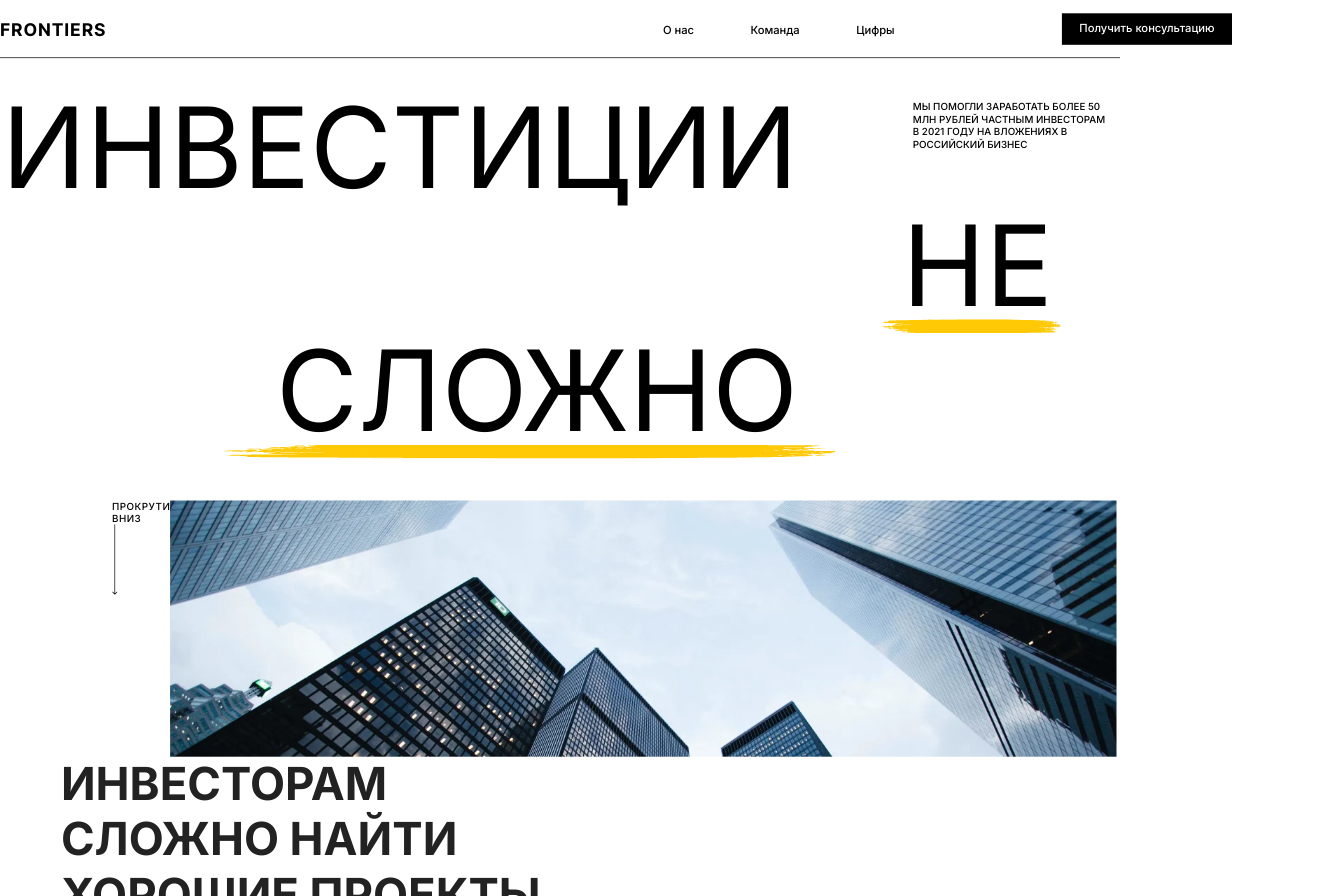
Repository: NadyaKorvin/frontiers
Page: /
An editor plug-in stored every save of this project. The page is shown before and after the next save, followed by the edit.
The browser window is 1280 px wide. The page is 1920 px wide, so the pictures cover 1920 px, including what lies to the right of the window. The pictures show the part of the page from y = 0 to 1280 px (the page is 2633 px tall), at 70% of full size.
The project was rebuilt for these pictures with package versions that can differ from the ones it lists, and the page was loaded fresh each time.

Above is the page before, as saved 2022-05-26 16:41:01.

After the next save:
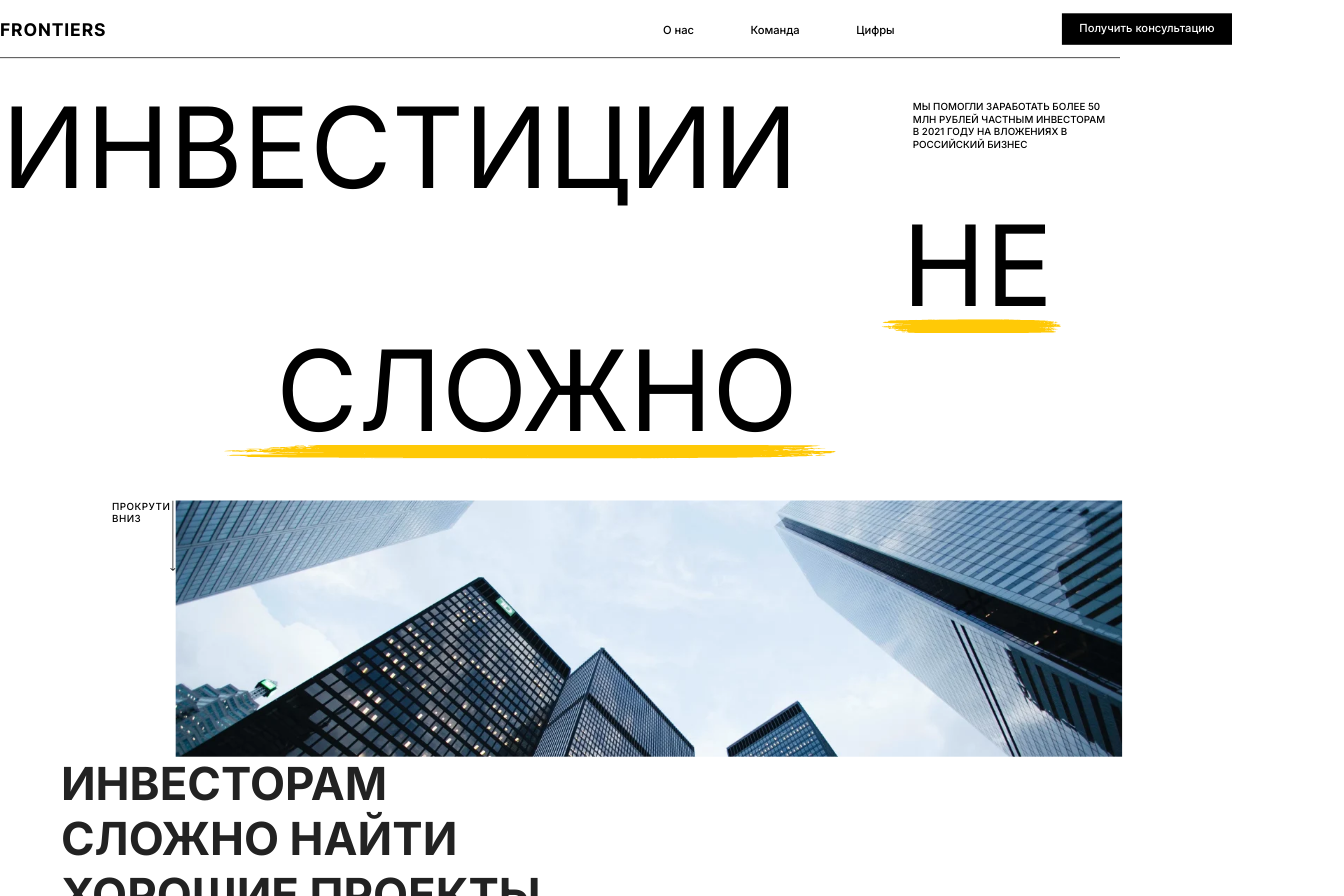
Saved 5 s later.
--- a/src/components/firstScreen/FirstScreen.css
+++ b/src/components/firstScreen/FirstScreen.css
@@ -147,7 +147,7 @@
 }
 
 .firstscreen__content_bottom_content_left {
-  display: ;
+  display: flex;
   width: 130px;
 }
 
